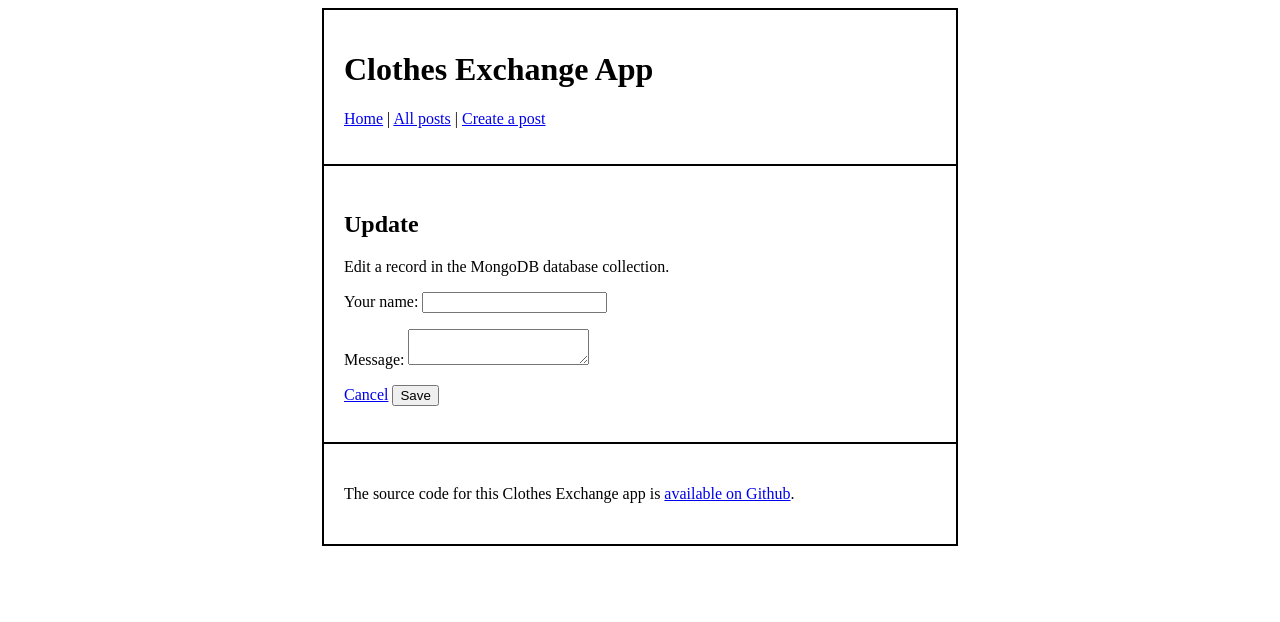
Repository: dbdesign-students-spring2024/7-web-app-dianachen1013
Page: templates/edit.html
An editor plug-in stored every save of this project. The page is shown before and after the next save, followed by the edit.
The browser window is 1280 px wide. The pictures show the whole page.
The page is served by the project's application, run on Flask 3 (app.py). The template is opened directly, without the code that normally fills it, so the values that code supplies are empty.

Above is the page before, as saved 2024-04-15 18:19:42.

After the next save:
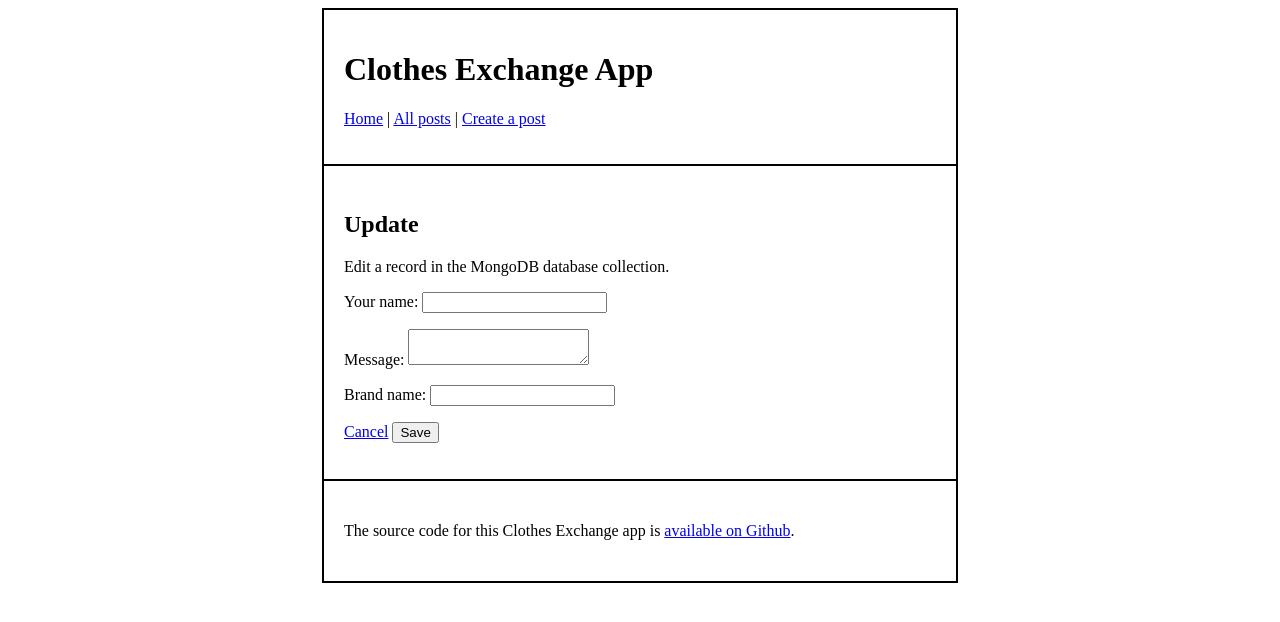
Saved 24 s later.
--- a/templates/edit.html
+++ b/templates/edit.html
@@ -11,6 +11,10 @@
     <textarea id="fmessage" name="fmessage">{{doc.message}}</textarea>
   </p>
   <p>
+    Brand name:
+    <input type="text" id="fbrand" name="fbrand" /><br />
+  </p>
+  <p>
     <a href="{{ url_for('read')}}">Cancel</a>
     <input type="submit" name="post-btn" value="Save" />
   </p>
